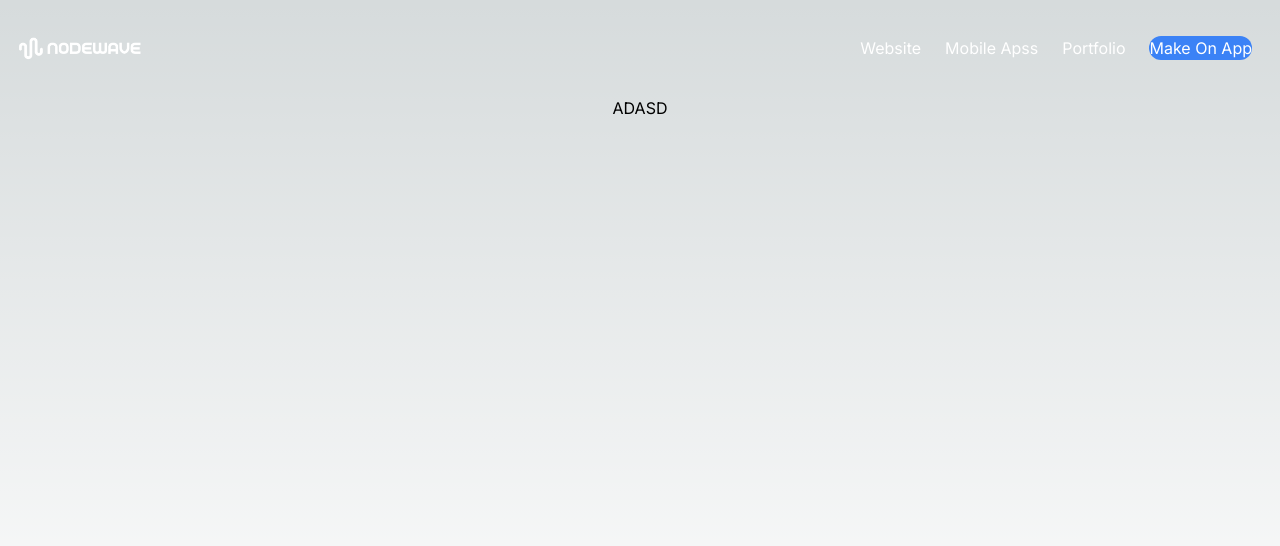
Repository: farrelmuhammad/nodewave
Page: /
An editor plug-in stored every save of this project. The page is shown before and after the next save, followed by the edit.
The browser window is 1280 px wide. The pictures show the whole page.
The project was rebuilt for these pictures with package versions that can differ from the ones it lists, and the page was loaded fresh each time. The framework's server and built-in components were replaced by stand-ins that run in the browser. Also part of the build but not shown: next.config.js.

Above is the page before, as saved 2023-09-08 12:38:02.

After the next save:
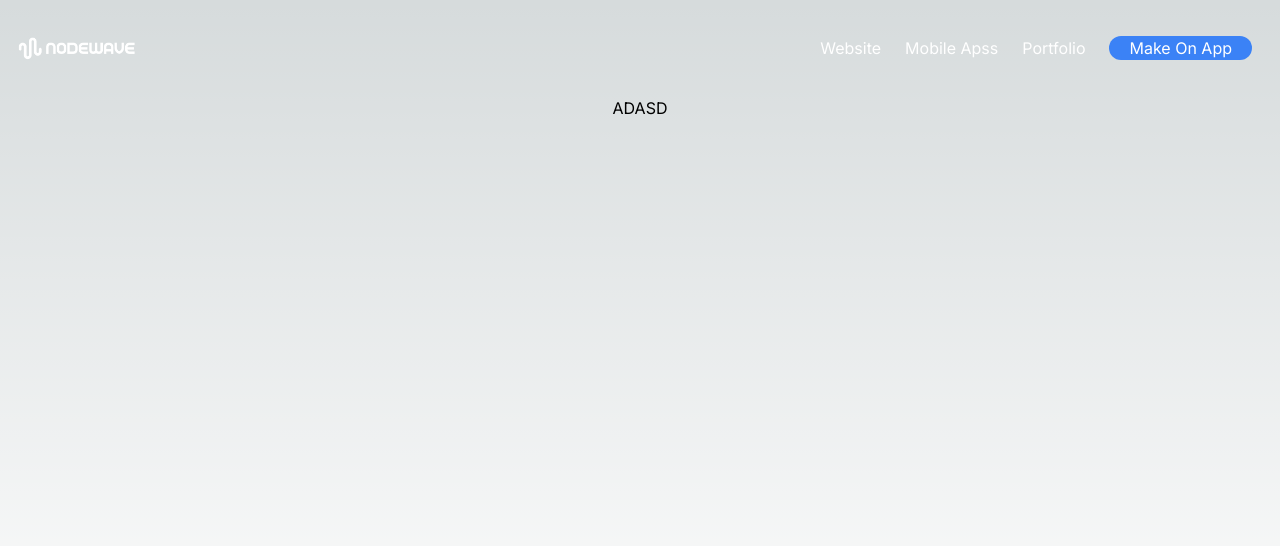
Saved 13 s later.
--- a/src/components/Navbar.jsx
+++ b/src/components/Navbar.jsx
@@ -30,7 +30,7 @@
                   Portfolio
                 </a>
               </li>
-              <li class="mx-3 py-6 md:py-0 bg-blue-500 rounded-full">
+              <li class="mx-3 py-6 md:py-0 bg-blue-500 rounded-full p-5">
                 <a href="#" class="text-black md:text-white hover:underline whitespace-nowrap overflow-ellipsis">
                   Make On App
                 </a>
